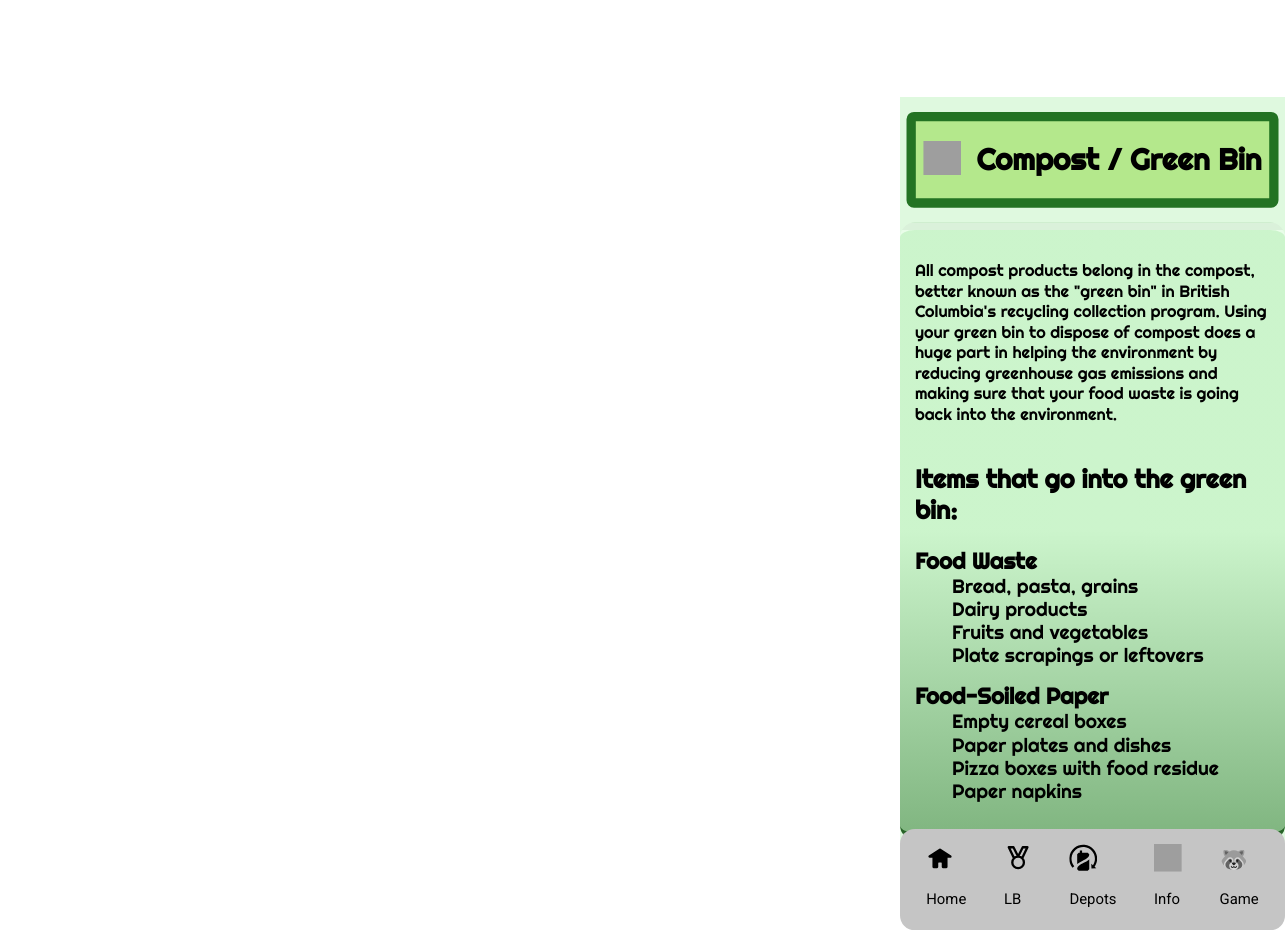
Repository: alemunden/Trash-Scavengers
Page: /InfoCompost
These files come from the project's save history. The page is drawn as it stood at one moment and after the next save; the edit follows.
The browser window is 1280 px wide. The page is 1382 px wide, so the pictures cover 1382 px, including what lies to the right of the window. The pictures show the whole page, at 93% of full size.
Pictures or frames that could not be fetched are drawn as grey boxes. The project was rebuilt for these pictures with package versions that can differ from the ones it lists, and the page was loaded fresh each time. The framework's server and built-in components were replaced by stand-ins that run in the browser. Also part of the build but not shown: next.config.mjs.

Above is the page before, as saved 2024-05-07 15:52:18.

### pages/InfoCompost.js
import styles from "@/styles/InfoCompost.module.css";
import NavBar from "@/components/NavBar";
import Image from "next/image";
import Link from "next/link";

export default function InfoCompost() {
    return(
        <>
        <link rel="preconnect" href="https://fonts.googleapis.com"/>
        <link rel="preconnect" href="https://fonts.gstatic.com" crossorigin/>
        <link href="https://fonts.googleapis.com/css2?family=Righteous&display=swap" rel="stylesheet"/>
        <div className={styles.main}>
            <div className={styles.title}>
                <Link href="/Info" className={styles.backButton}>
                    <Image src={'/backarrowicon.webp'} height={36.16} width={40.96}/>
                </Link>
                <h1>Compost / Green Bin</h1>
            </div>
            <div className={styles.textContainer}>
                    <p className={styles.description}>All compost products belong in the compost, better known as the "green bin" in British Columbia's recycling collection program. Using your green bin to dispose of compost does a huge part in helping the environment by reducing greenhouse gas emissions and making sure that your food waste is going back into the environment.</p>
                    <div>
                        <h2 className={styles.listTitle}>Items that go into the green bin:</h2>
                        <dl>
                            <dt className={styles.listSection}>Food Waste</dt>
                                <dd className={styles.listItem}>Bread, pasta, grains</dd>
                                <dd className={styles.listItem}>Dairy products</dd>
                                <dd className={styles.listItem}>Fruits and vegetables</dd>
                                <dd className={styles.listItem}>Plate scrapings or leftovers</dd>
                            <dt className={styles.listSection}>Food-Soiled Paper</dt>
                                <dd className={styles.listItem}>Empty cereal boxes</dd>
                                <dd className={styles.listItem}>Paper plates and dishes</dd>
                                <dd className={styles.listItem}>Pizza boxes with food residue</dd>
                                <dd className={styles.listItem}>Paper napkins</dd>
                        </dl>
                    </div>
            </div>
        </div>
        <NavBar/>
        </>
    )
}

### styles/globals.css
:root {
    --white: #FFFFFF;
    --black: #000;
    --light-green: #B4E88C;
    --light-blue: #9EBAE5;
    --light-gray: #c5c5c5;
    --light-yellow: #F3CD70;
    --light-pink: #F3D9D9;
    --medium-green: #429600;
    --gold: #ED9F26;

}

html, body {
    overflow-x: hidden;
    background-color: var(--white);
    height: 896px;
    width: 414px;
    position: absolute;
    left: 30rem;
    top: 3rem;
  }

main {
    padding: 1rem;
  }

li {
    list-style-type: none;
    cursor: pointer;
    margin: 1rem;
    width: 100%;
    padding: 0.5rem;
    color: #000105;
    background-color: var(--light-blue);
    border-radius: 1rem;
    border-bottom: 6px solid #7893bb;
    font-family: "Righteous", sans-serif;
    text-align: center;
    font-size: 1.5rem;
  }

.liHover:hover {
    background-color: #7893bb;
    columns: #fff;
}

.liSelected {
    color: #fff;
    background-color: #000925;
}

.homePageCard {
  margin-left: -5%;
  margin-top: 48%;
}

.searchBar {
  margin-left: -5%;
  margin-bottom: -48%;
}

.logInAndSettings {
  margin-left: 63%;
  margin-right: -5%;
  margin-top: 8%;
}

.dateIndex {
  font-family: 'Righteous';
  margin-bottom: -18%;
  margin-top: 8%;
}

.searchBarInfo {
  margin-left: -5%;
  margin-top: -0.1%;
}

.logInSettingsInfo {
  margin-left: 63%;
  margin-right: -5%;
  padding-left: 19px;
  padding-bottom: -10px;
  margin-top: 8%;
}

.infoCard {
  margin-left: -5%;
}

.logInSettingsDepots {
  margin-left: 64%;
  margin-right: -5%;
  padding-left: 9px;
  margin-top: 8%;
}

.searchBarDepots {
  margin-left: -5%;
}

.depotsCard {
  margin-left: -5%;
}

.logInSettingsYourDepots {
  margin-left: 50%;
  margin-right: -5%;
  padding-left: 65px;
  margin-top: 8%;
}

.searchBarYourDepots {
  margin-left: -5%;
}

.yourDepotsCard {
  margin-left: -5%;
}

.becDepotPage {
  font-family: 'Righteous';
  text-decoration: underline;
  margin-top: -200px;
  margin-left: 15%;
}

.depotsNavBar {
  margin-top: 165px;
}

### styles/InfoCompost.module.css
.main {
    background-color: #dff9df;
    height: 800px;
    display: flex;
    align-items: center;
    flex-direction: column;
}

.backButton:hover {
    opacity: 50%;
}

.title {
    font-family: "Righteous", sans-serif;
    display: flex;
    flex-direction: row;
    justify-content: space-between;
    align-items: center;
    gap: 1rem;
    background-color: var(--light-green);
    padding: 0 0.5rem 0 0.5rem ;
    border-radius: 0.5rem;
    border: 10px solid rgb(35, 115, 35);
    margin-bottom: 1rem;
    margin-top: 1rem;
}

.textContainer {
    display: flex;
    justify-content: center;
    padding: 1rem;
    display: flex;
    flex-direction: column;
    background-image: linear-gradient(180deg, rgba(185, 240, 185,0.5) 50%, rgba(35, 115, 35, 0.5) 100%);
    border-radius: 1rem;
    border-top: 0.5rem solid rgba(240, 255, 240, 0.8);
    border-bottom: 0.5rem solid rgba(16, 78, 16, 0.8);
}

.description {
    font-family: "Righteous", sans-serif;
    font-size: 1.1rem;
}

.listTitle {
    font-family: "Righteous", sans-serif;
    font-size: 1.7rem;
}

.listSection {
    font-family: "Righteous", sans-serif;
    font-weight: bold;
    font-size: 1.5rem;
    margin-top: 1rem;
}

.listItem {
    font-family: "Righteous", sans-serif;
    font-size: 1.3rem;
}

### components/NavBar/index.js
import styles from './NavBar.module.css'
import Image from 'next/image'
import Link from 'next/link'

export default function NavBar() {
    return(
        <>
        <link rel="preconnect" href="https://fonts.googleapis.com"/>
        <link rel="preconnect" href="https://fonts.gstatic.com" crossorigin/>
        <link href="https://fonts.googleapis.com/css2?family=Roboto:ital,wght@0,100;0,300;0,400;0,500;0,700;0,900;1,100;1,300;1,400;1,500;1,700;1,900&display=swap" rel="stylesheet"/>
            <div className={styles.navBarContainer}>
                <div className={styles.navBarItem}>
                    <Link href='/' className={styles.link} tabIndex='1'>
                        <Image src={'/home-icon.svg'} height={30} width={30} className={styles.navBarImage}/>
                        <p className={styles.navBarLabel}>Home</p>
                    </Link>
                </div>
                <div className={styles.navBarItem}>
                    <Link href='/Leaderboard' className={styles.link} tabIndex="2">
                        <Image src={'/lb-icon.svg'} height={30} width={30} className={styles.navBarImage}/>
                        <p className={styles.navBarLabel}>LB</p>
                    </Link>
                </div>
                <div className={styles.navBarItem}>
                    <Link href='/Depots' className={styles.link} tabIndex="3">
                        <Image src={'/depots-icon.svg'} height={30} width={30} className={styles.navBarImage}/>
                        <p className={styles.navBarLabel}>Depots</p>
                    </Link>
                </div>
                <div className={styles.navBarItem}>
                    <Link href='/Info' className={styles.link} tabIndex="4">
                        <Image src={'/recycle-icon.svg'} height={30} width={30} className={styles.navBarImage}/>
                        <p className={styles.navBarLabel}>Info</p>
                    </Link>
                </div>
                <div className={styles.navBarItem}>
                    <Link href='/QuizBegin' className={styles.link} tabIndex="4">
                        <Image src={'/raccoon-icon.svg'} height={30} width={30} className={styles.navBarImage}/>
                        <p className={styles.navBarLabel}>Game</p>
                    </Link>
                </div>
            </div>
        </>
    )
}

### components/NavBar/NavBar.module.css
.navBarContainer {
    display: flex;
    flex-direction: row;
    justify-content: space-around;
    padding: 0.5rem;
    background-color: var(--light-gray);
    border-radius: 1rem;
    padding-top: 1rem;
    position: sticky;
    bottom: 0;
    margin: auto;
    align-items: center;
}

.navBarItem {
    display: flex;
    flex-direction: column;
    align-items: center;
    padding: 0;
}

.navBarImage {
    align-self: center;
}

.navBarLabel {
    font-size: 1rem;
    font-family: "Roboto", sans-serif;
    font-weight: medium;
}

.link {
    text-decoration: none;
    color: var(--black);
    align-self: center;
    padding: 0;
}

.link:visited {
    color: var(--black);
}

Loaded but not shown: pages/_app.js (common file); pages/_document.js (common file)

After the next save:
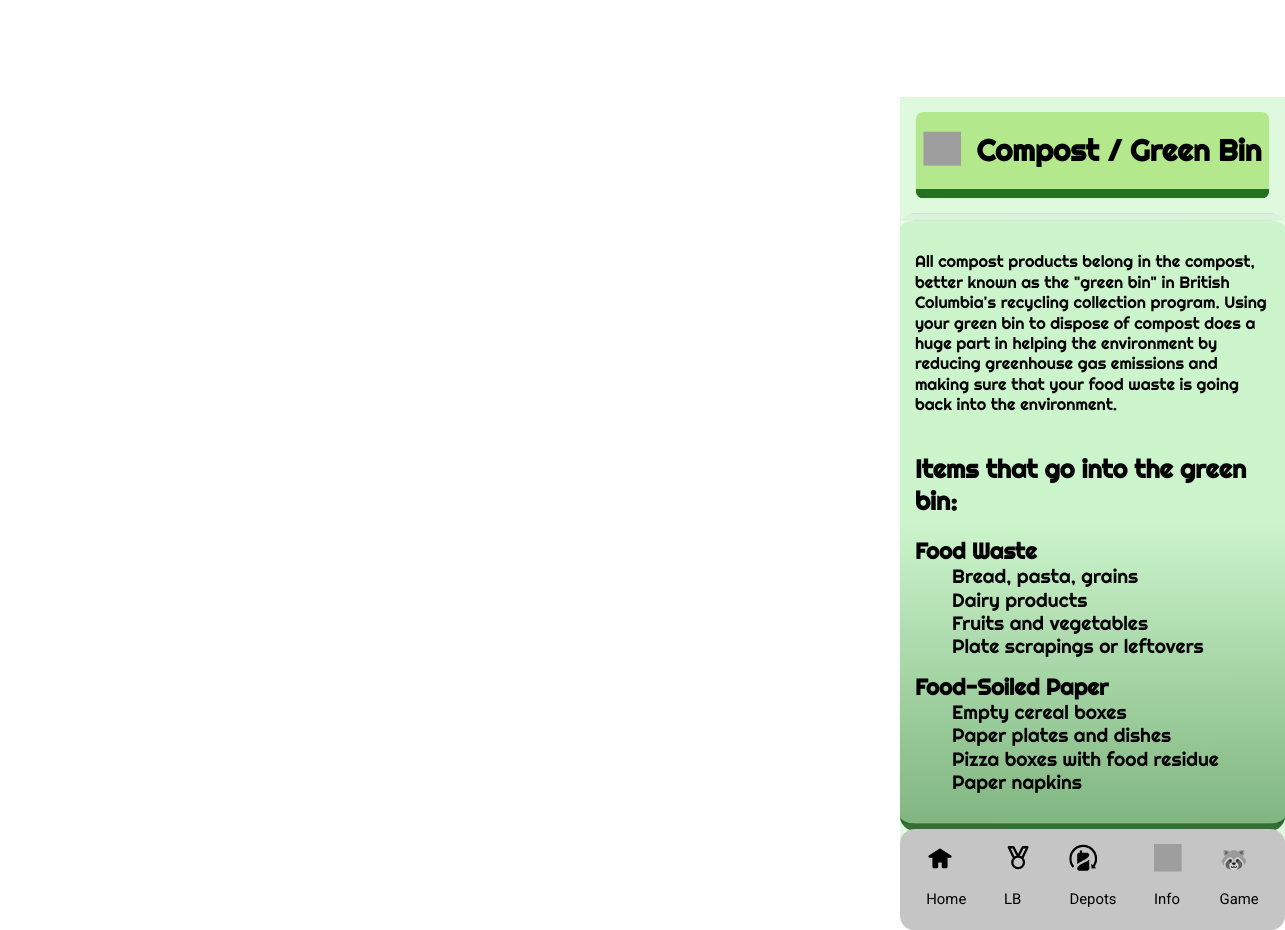
Saved 27 s later.
--- a/styles/InfoCompost.module.css
+++ b/styles/InfoCompost.module.css
@@ -20,7 +20,7 @@
     background-color: var(--light-green);
     padding: 0 0.5rem 0 0.5rem ;
     border-radius: 0.5rem;
-    border: 10px solid rgb(35, 115, 35);
+    border-bottom: 10px solid rgb(35, 115, 35);
     margin-bottom: 1rem;
     margin-top: 1rem;
 }

After the save that followed:
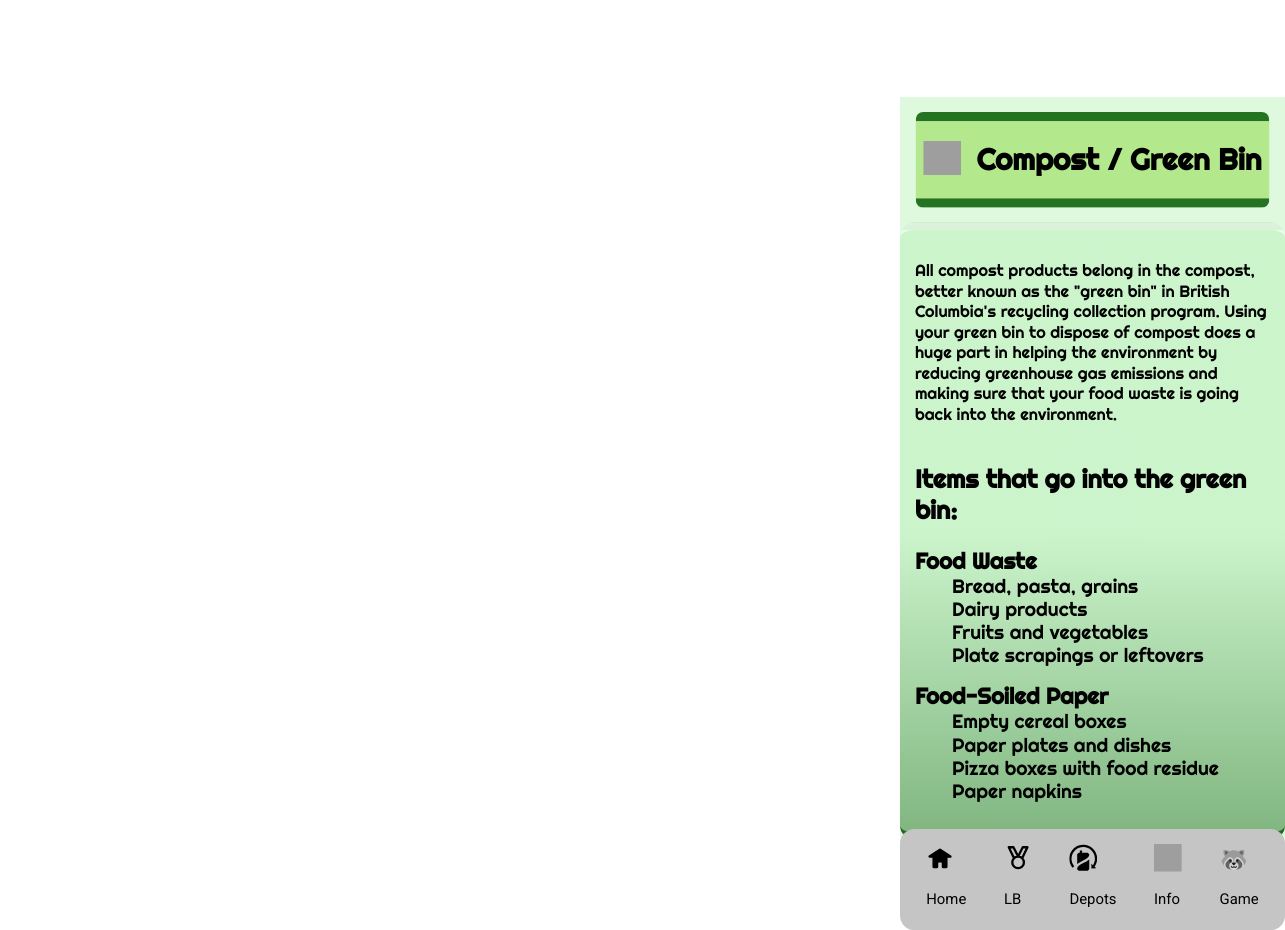
Saved 14 s later.
--- a/styles/InfoCompost.module.css
+++ b/styles/InfoCompost.module.css
@@ -21,6 +21,7 @@
     padding: 0 0.5rem 0 0.5rem ;
     border-radius: 0.5rem;
     border-bottom: 10px solid rgb(35, 115, 35);
+    border-top: 10px solid rgb(35, 115, 35);
     margin-bottom: 1rem;
     margin-top: 1rem;
 }
